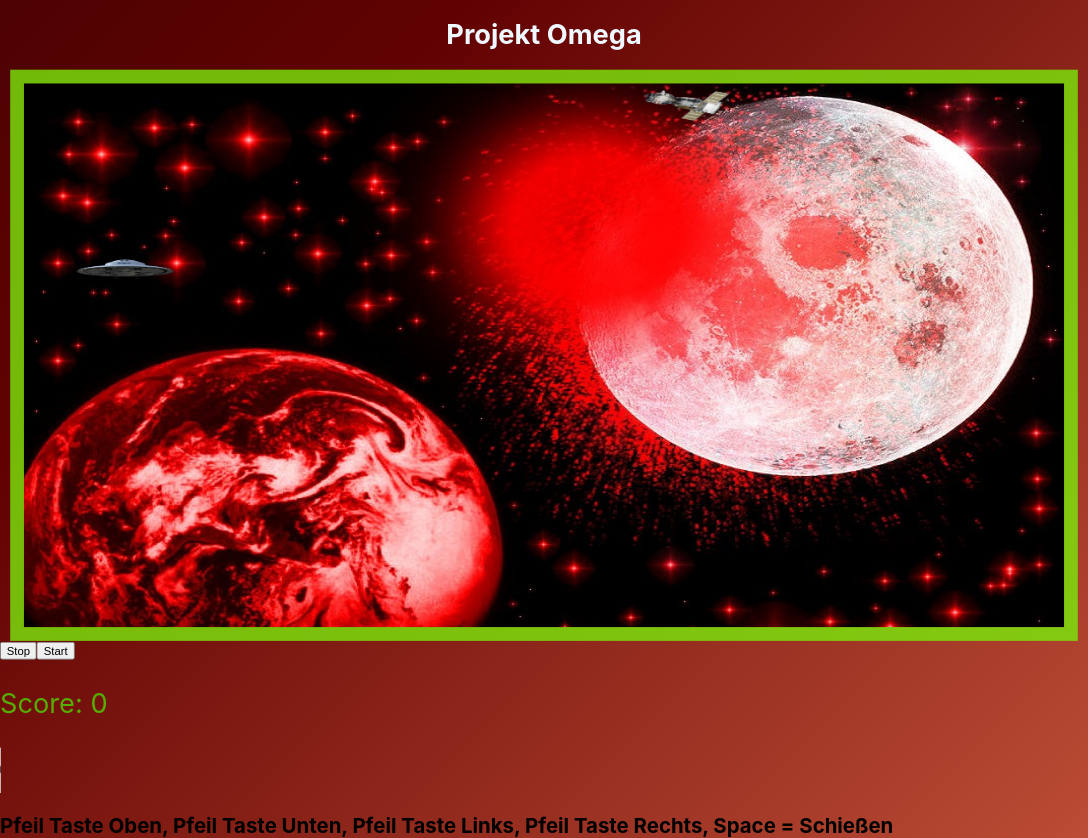
Repository: Der-Metatron/Projekt-Omega-Sprotte
Page: /, after clicking the first element matching `button.startbutton`
An editor plug-in stored every save of this project. The page is shown before and after the next save, followed by the edit.
The browser window is 1280 px wide. The pictures show the whole page, at 85% of full size.
The project was rebuilt for these pictures with package versions that can differ from the ones it lists, and the page was loaded fresh each time.

Above is the page before, as saved 2022-06-23 19:04:24.

After the next save:
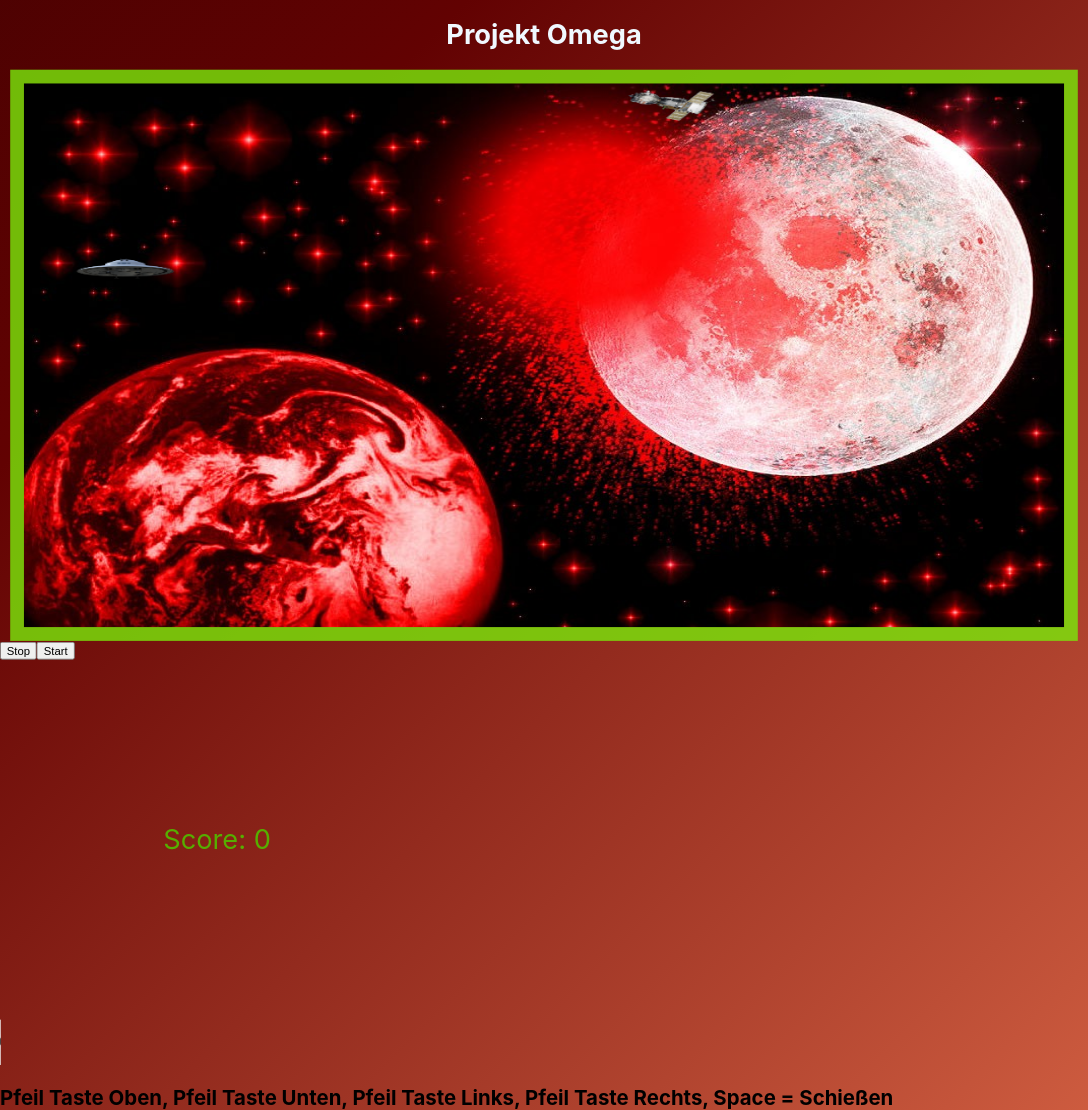
Saved 13 s later.
--- a/src/components/Welcome.css
+++ b/src/components/Welcome.css
@@ -169,5 +169,5 @@
 .punkte {
   color: #56ae00;
   font-size: 2rem;
-  margin-right: auto;
+  margin: 12rem;
 }
